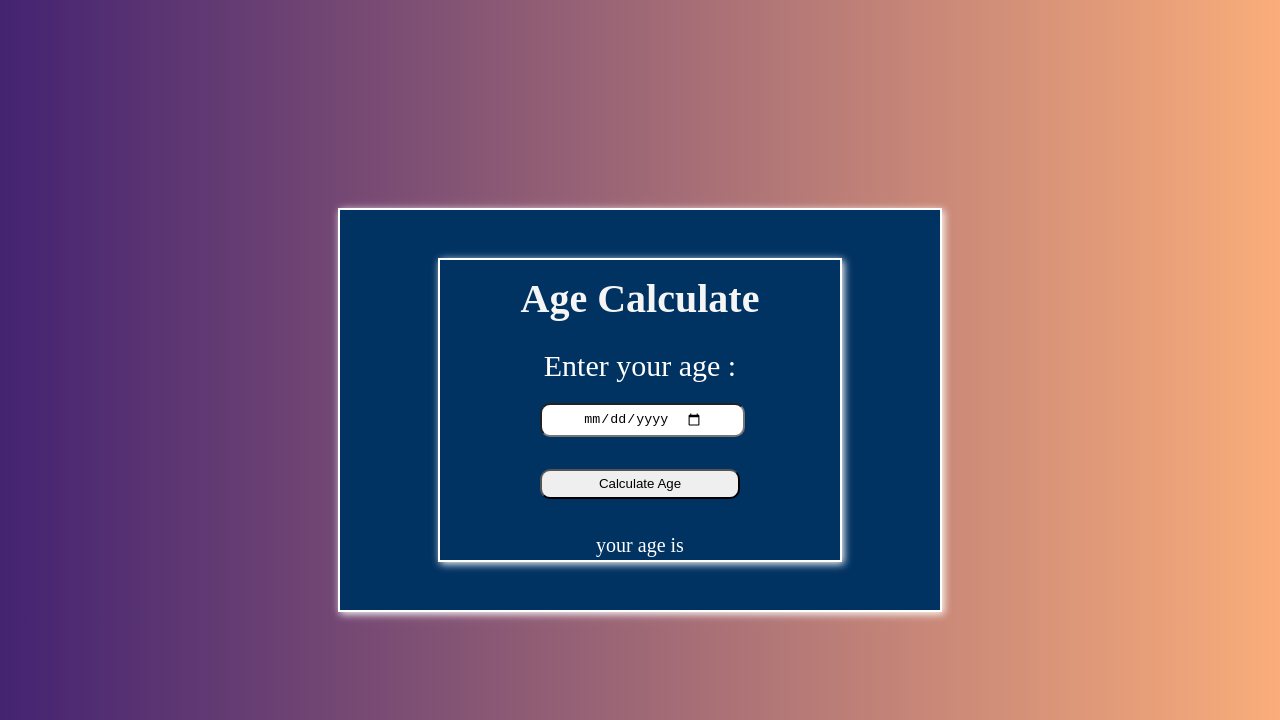
Repository: sristigupta04/basic-js-project
Page: age calculator/age.html
The author's editor kept a copy of each file at every save. The page is drawn from the files as they stood at one save, then again after the next save.
The browser window is 1280 px wide. The pictures show the whole page.

Above is the page before, as saved 2025-11-07 16:08:38.

### age calculator/age.html
<!DOCTYPE html>
<html lang="en">
<head>
    <meta charset="UTF-8">
    <meta name="viewport" content="width=device-width, initial-scale=1.0">
    <title>Document</title>
    <link rel="stylesheet" href="age.css"/>
</head>
<body>
    <div class="main">
    <div class="age">
    <h1>Age Calculate</h1>

    <label for="eventDate">Enter  your age :</label>
<input type="date" id="eventDate" name="eventDate">
<button>Calculate Age</button>
<p id="realage">your age is </p></div></div>
<script src="age.js"></script>
</body>
</html>

### age calculator/age.css
{
    padding: 0;
    margin: 0;
    box-sizing: border-box;
}
body{
    display: flex;
    justify-content: center;
    align-items: center;

background: linear-gradient(90deg, hsla(265, 53%, 29%, 1) 0%, hsla(24, 93%, 73%, 1) 100%);

}

.main{
     display: flex;
    justify-content: center;
    align-items: center;
    border:2px solid white;
    height: 400px;
    width: 600px;
    box-shadow: 2px 2px 8px white;
    font-size: 20px;
     margin-top: 200px;
     background-color:#003262;

}

.age{
    background-color:#003262;
     box-shadow: 2px 2px 8px white;
    border:2px solid white;
    height:300px;
    width:400px;
}

.age h1{
     display: flex;
    justify-content: center;
    align-items: center;
    margin-top: 15px;
    color:whitesmoke;
    font-size: 200;

}

.age  label{
    color:white;
 display: flex;
 justify-content: center;
 font-size: 30px;
 margin:20px;

}
.age input{
     display: flex;
     justify-content: center;
     height: 30px;
     width: 200px;
    margin-left: 100px;
    border-radius: 10px;
}
.age button{
    display: flex;
    justify-content: center;
    align-items: center;
   height: 30px;
     width: 200px;
     margin: 2rem;;
      margin-left: 100px;
    border-radius: 10px;
}
.age button:hover {
  background-color: #ffc107;
}

#realage{
    display: flex;
    justify-content: center;
    align-items: center;
   height: 30px;
     width: 200px;
     margin: 2rem;;
      margin-left: 100px;
    border-radius: 10px;
    color:white;
}

Loaded but not shown: age calculator/age.js (no stored copy; drawn as an empty file)

After the next save:
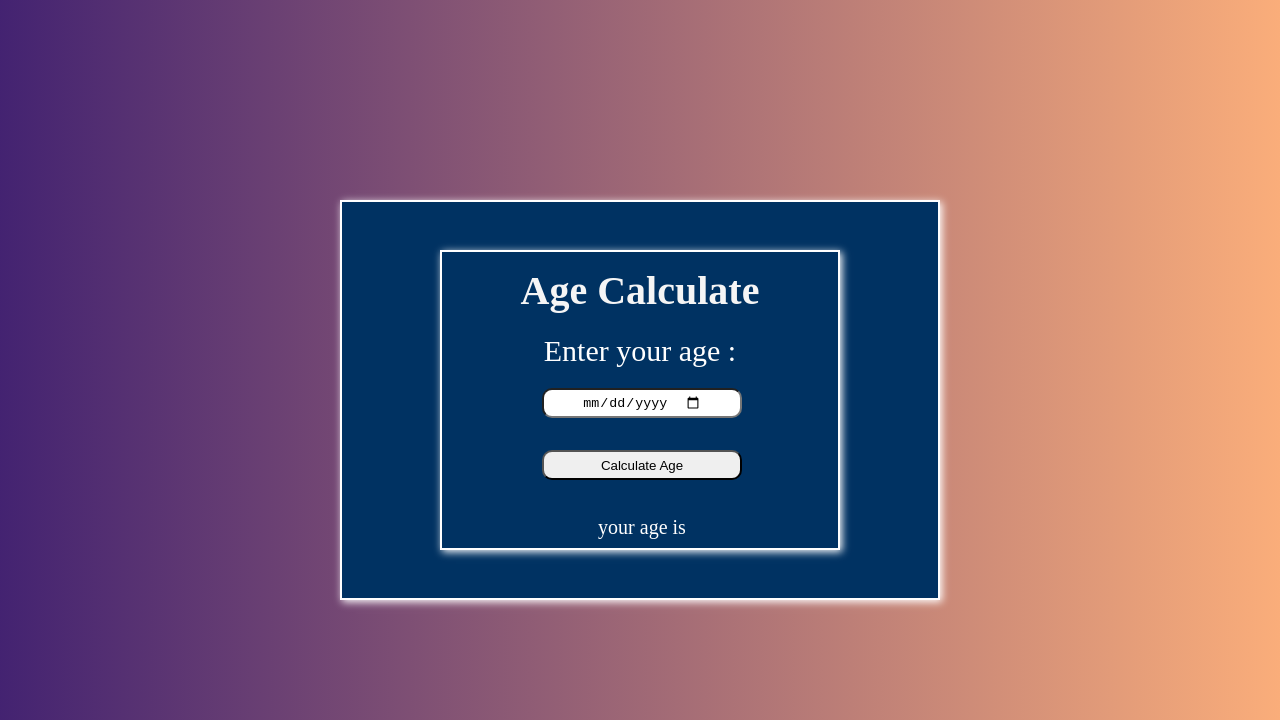
Saved 12 s later.
--- a/age calculator/age.css
+++ b/age calculator/age.css
@@ -1,4 +1,4 @@
-{
+*{
     padding: 0;
     margin: 0;
     box-sizing: border-box;
